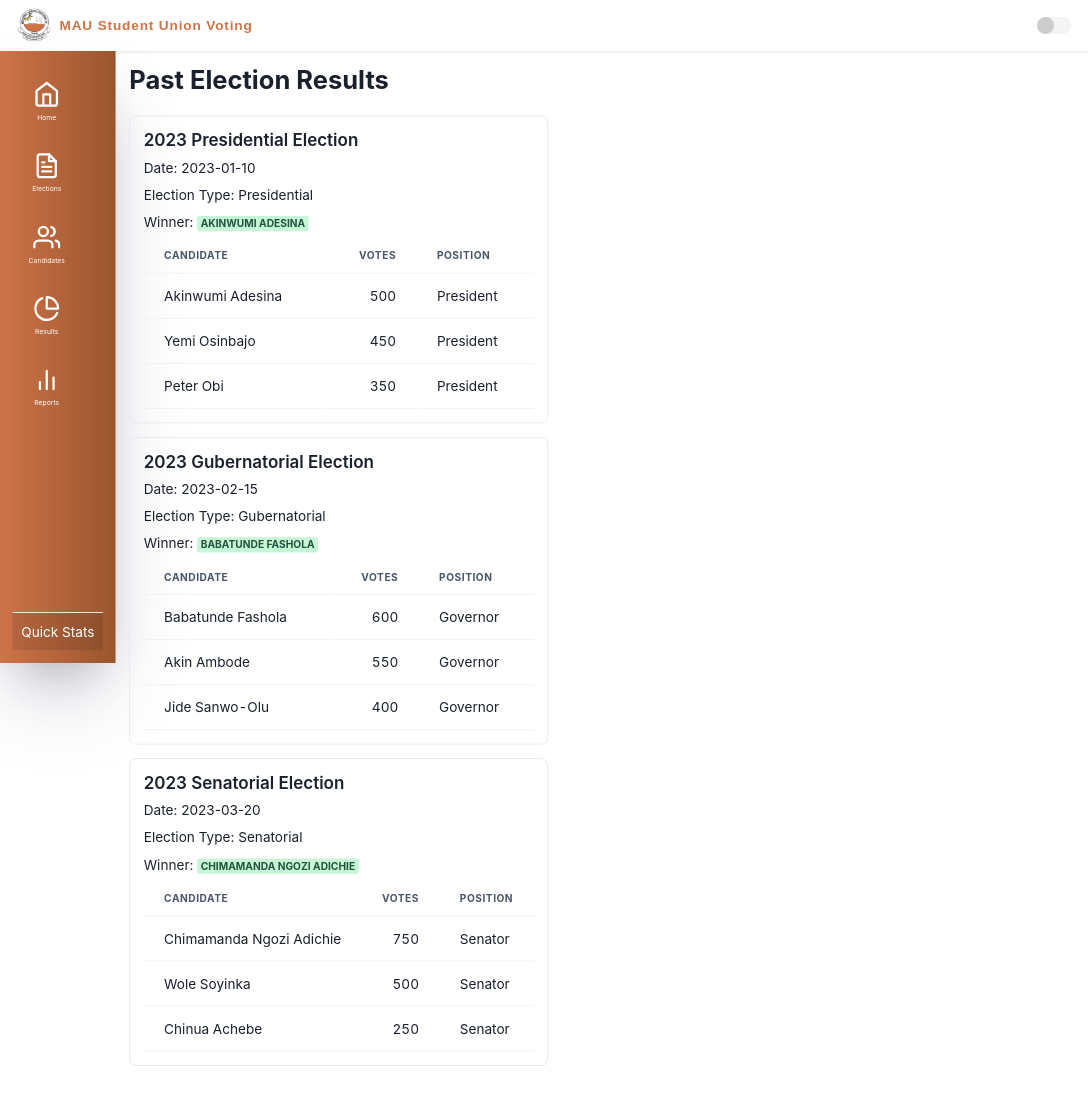
Repository: joena1o/e-vote
Page: /ElectionCommittee-dashboard/view-results
The author's editor kept a copy of each file at every save. The page is drawn from the files as they stood at one save, then again after the next save.
The browser window is 1280 px wide. The pictures show the whole page, at 85% of full size.
The project was rebuilt for these pictures with package versions that can differ from the ones it lists, and the page was loaded fresh each time. Also part of the build but not shown: src/components/EnhancedLogin.js, src/components/maincontent/RegisterStudents/ManageStudents.js, src/components/maincontent/RegisterStudents/RegisterStudents.js, src/components/maincontent/RegisterStudents/StudentManagement.js, src/components/maincontent/ElectionResults/report.js, src/components/maincontent/ElectionResults/ViewElectionResults.js, src/components/maincontent/Settings/Settings.js, src/api/index.js and 22 more.

Above is the page before, as saved 2023-11-01 22:37:41.

After the next save:
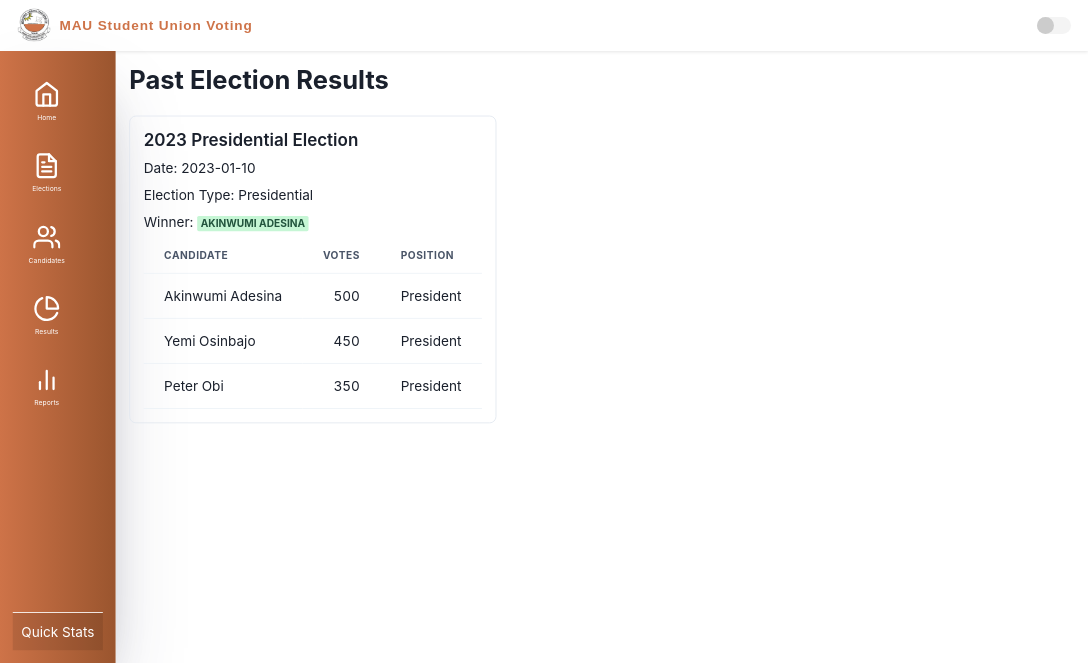
Saved 2 min 28 s later.
--- a/src/components/maincontent/ElectionResults/ViewResults.js
+++ b/src/components/maincontent/ElectionResults/ViewResults.js
@@ -16,30 +16,6 @@ const ViewResults = () => {
         { name: 'Peter Obi', votes: 350, position: 'President' },
       ],
       winner: 'Akinwumi Adesina',
-    },
-    {
-      id: 2,
-      electionName: '2023 Gubernatorial Election',
-      date: '2023-02-15',
-      electionType: 'Gubernatorial',
-      candidates: [
-        { name: 'Babatunde Fashola', votes: 600, position: 'Governor' },
-        { name: 'Akin Ambode', votes: 550, position: 'Governor' },
-        { name: 'Jide Sanwo-Olu', votes: 400, position: 'Governor' },
-      ],
-      winner: 'Babatunde Fashola',
-    },
-    {
-      id: 3,
-      electionName: '2023 Senatorial Election',
-      date: '2023-03-20',
-      electionType: 'Senatorial',
-      candidates: [
-        { name: 'Chimamanda Ngozi Adichie', votes: 750, position: 'Senator' },
-        { name: 'Wole Soyinka', votes: 500, position: 'Senator' },
-        { name: 'Chinua Achebe', votes: 250, position: 'Senator' },
-      ],
-      winner: 'Chimamanda Ngozi Adichie',
     },
     // ... other past election results
   ];
